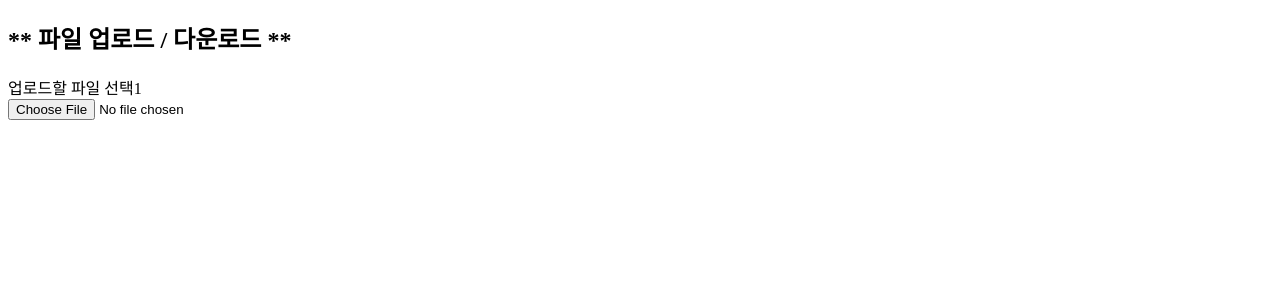
Repository: offbr/Spring
Page: http://localhost/spring_mvc22_file/upload
The author's editor kept a copy of each file at every save. The page is drawn from the files as they stood at one save, then again after the next save.
The browser window is 1280 px wide. The pictures show the whole page.
The page is served by Tomcat 9.

Above is the page before, as saved 2016-10-18 01:03:34.

After the next save:
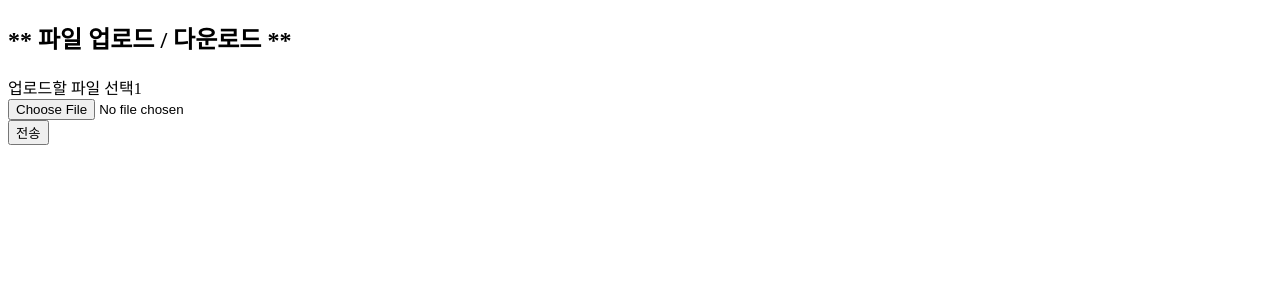
Saved 36 s later.
--- a/spring_mvc22_file/src/main/webapp/WEB-INF/view/uploadform.jsp
+++ b/spring_mvc22_file/src/main/webapp/WEB-INF/view/uploadform.jsp
@@ -10,8 +10,10 @@
 <body>
 <h2>** 파일 업로드 / 다운로드 **</h2>
 업로드할 파일 선택1<br>
+<form:form>
 <input type="file" name="file"><br>
 <form:errors path="file" cssStyle="Color:red" />
-
+<input type="submit" value="전송" />
+</form:form>
 </body>
 </html>
